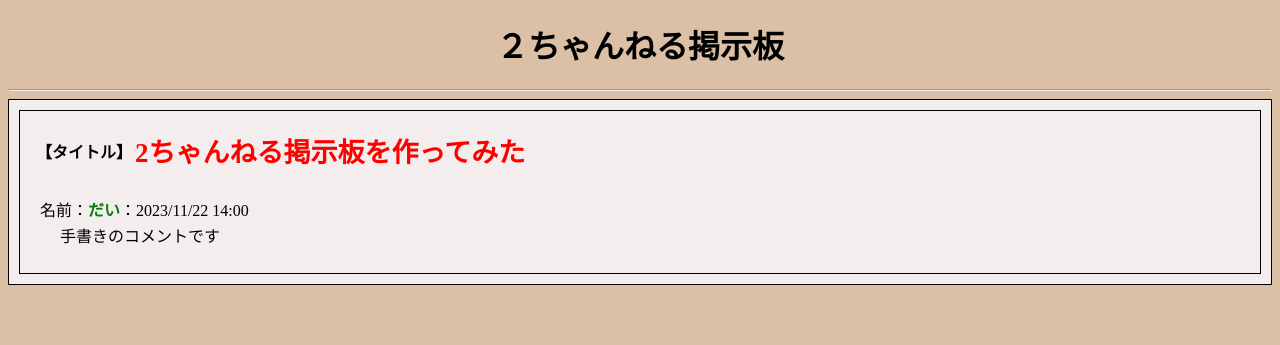
Repository: daidai0602/mba_portal
Page: http://localhost/
The author's editor kept a copy of each file at every save. The page is drawn from the files as they stood at one save, then again after the next save.
The browser window is 1280 px wide. The pictures show the whole page.
The page is run by PHP 8.4 with error messages shown; the project is at /var/www/html/.

Above is the page before, as saved 2023-11-22 14:58:38.

### index.php
<!DOCTYPE html>
<html lang="ja">

<head>
  <meta charset="UTF-8">
  <meta name="viewport" content="width=device-width, initial-scale=1.0">
  <title>2ちゃんねる掲示板</title>
  <link rel="stylesheet" href="./assets/css/style.css">
</head>

<body>
  <header>
    <h1 class = "title">２ちゃんねる掲示板</h1>
    <hr>
  </header>

  <!--スレッドエリア-->
  <div class="threadWrapper">
    <div class="childWrapper">
      <div class= "threadTitle">
        <span>【タイトル】</span>
        <h1>2ちゃんねる掲示板を作ってみた</h1>
      </div>
      <section>
        <article>
          <div class="wrapper">
            <div class="nameArea">
              <span>名前：</span>
              <p class="username">だい</p>
              <time?>：2023/11/22 14:00</time>
            </div>
            <p class="comment">手書きのコメントです</p>
          </div>
        </article>
      </section>
      <form class="formWrapper">
        <div></div>
      </form>
    </div>
  </div>


</body>
</html>

### assets/css/style.css
body {
  background-color: #dcc0a6;
}
.title {
  text-align: center;
  font-style: 34px;
}
.threadWrapper {
  background-color: #f3eded;
  padding: 10px;
  max-width: 1300px;
  margin: 0px auto;
  border: 1px solid black;
  margin-bottom: 20px;
}
.childWrapper {
  border: 1px solid black;
  padding: 10px;
}
.threadTitle {
  display: flex;
  align-items: center;
  font-weight: 600;
  margin-left: 6px;
  height: 60px;
}
.threadTitle h1{
  color: red;
  margin-left: 3px;
  font-size: 27px;
}
section {
  padding: 0 10px;
}
section .nameArea {
  display: flex;
  align-items: center;
  margin-bottom: -14px;
}

section .username {
  color: rgb(0, 128, 9);
  font-weight: 700;
}

section .comment {
  margin-top: 0;
  margin-left:20px;
}

After the next save:
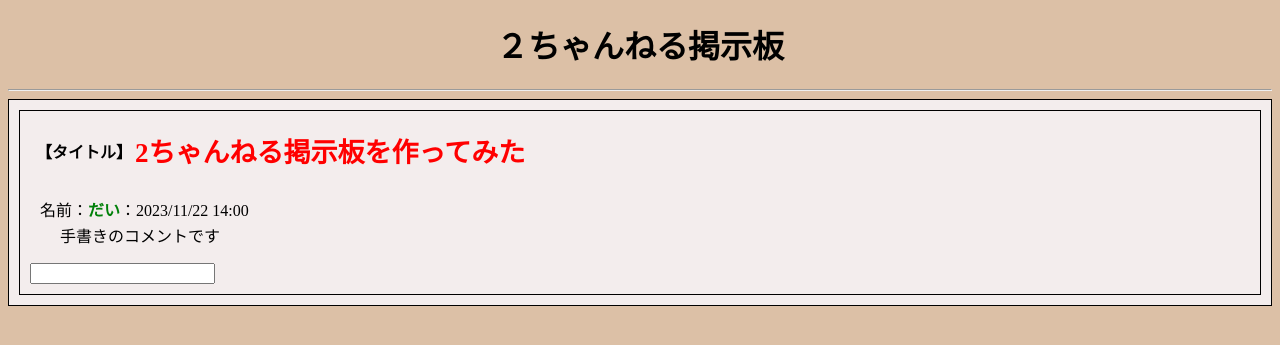
Saved 4 s later.
--- a/index.php
+++ b/index.php
@@ -34,7 +34,9 @@
         </article>
       </section>
       <form class="formWrapper">
-        <div></div>
+        <div>
+          <input type="text">
+        </div>
       </form>
     </div>
   </div>
